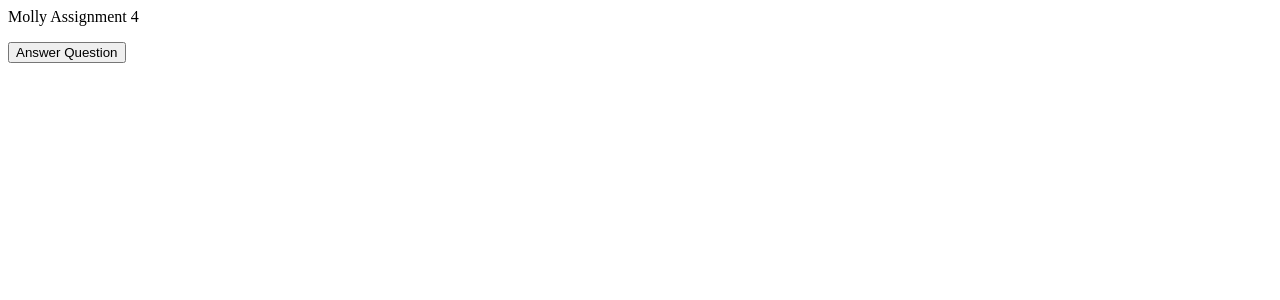
Repository: m0llyc00k/web-advanced
Page: a-3/index_MC_a4.html
The author's editor kept a record of every edit. The page is drawn from the files as they stood at one moment, then again after the next edit.
The browser window is 1280 px wide. The pictures show the whole page.

Above is the page before.

After the next edit:
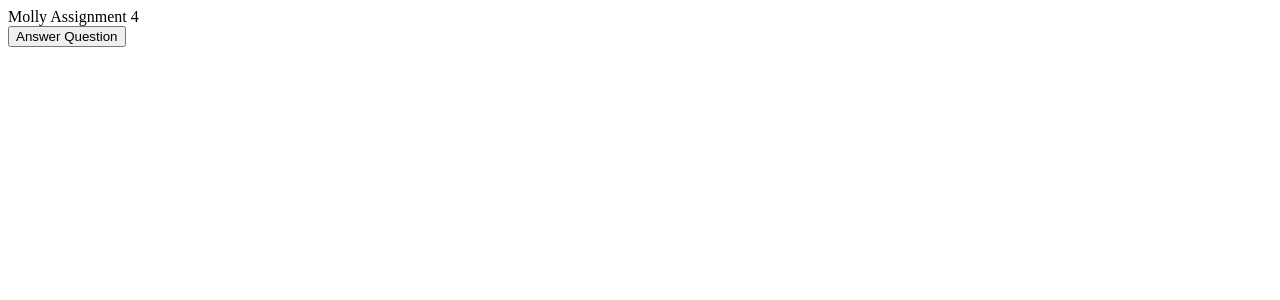
The edit:
--- a/a-3/index_MC_a4.html
+++ b/a-3/index_MC_a4.html
@@ -15,10 +15,10 @@
 
   <header>Molly Assignment 4</header>
 
-  <p id="rightAnswer"></p>
-  <p id="wrongAnswer"></p>
-  <p id="rightAnswer"></p>
-  <p id="wrongAnswer"></p>
+  <!--<p id="number"></p>-->
+  <!--<p id="color"></p>-->
+  <!--<p id="animal"></p>-->
+  <!--<p id="wrongAnswer"></p>-->
 
 
 
